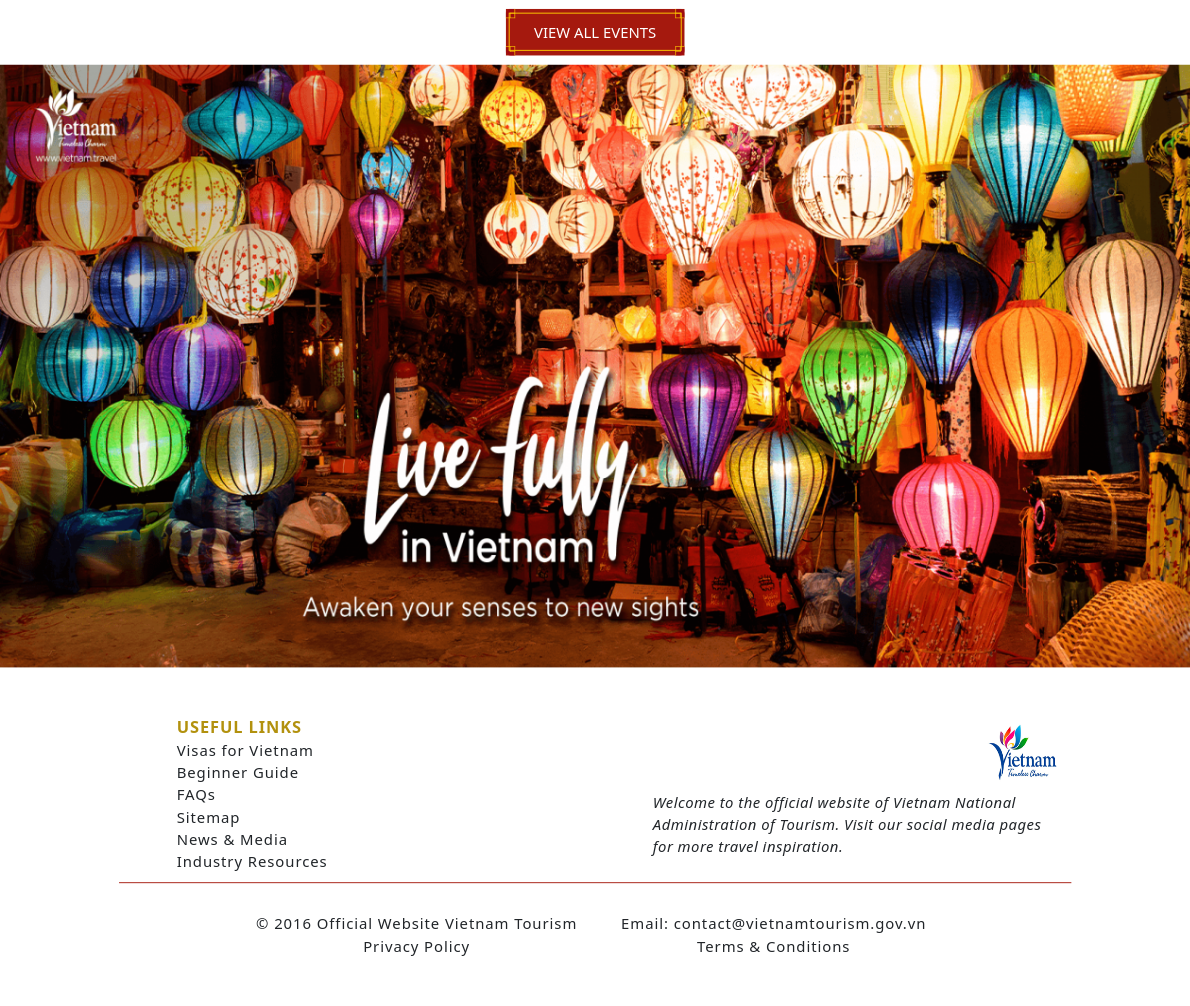
Repository: nguoilaisaochoi/TRAVEL-DEMO
Page: index.html
The author's editor kept a copy of each file at every save. The page is drawn from the files as they stood at one save, then again after the next save.
The browser window is 1280 px wide. The pictures show the part of the page from y = 2162 to 3244 px (the page is 3244 px tall before and 3172 px after), at 93% of full size.
A picture or video elsewhere on the page could not be fetched, so the positions and the page height are approximate.

Above is the page before, as saved 2023-03-27 18:38:46.

### index.html
<!DOCTYPE html>
<html lang="en">
  <head>
    <meta charset="UTF-8" />
    <meta http-equiv="X-UA-Compatible" content="IE=edge" />
    <meta name="viewport" content="width=device-width, initial-scale=1.0" />
    <link rel="stylesheet" href="./index.css" />
    <script src="./index.js"></script>
    <link
      href="https://cdn.jsdelivr.net/npm/bootstrap@5.0.2/dist/css/bootstrap.min.css"
      rel="stylesheet"
      integrity="sha384-EVSTQN3/azprG1Anm3QDgpJLIm9Nao0Yz1ztcQTwFspd3yD65VohhpuuCOmLASjC"
      crossorigin="anonymous"
    />
    <title>Document</title>
  </head>
  <body>
    <div id="header">
      <img id="logo" src="./img_vd/logo.jpg" alt="" />
      <a href="#" onclick="showmenu()"><img id="vmenu" src="./img_vd/navmenu.jpg" /></a>
      <div id="menu">
        <li id="menucon">Live fully in Vietnam</li>
        <li id="menucon">Places to go</li>
        <li id="menucon">Things to do</li>
        <li id="menucon">Plan your trip</li>
        <li id="menucon">Green travel</li>
        <li id="menucon">Travel offers</li>
        <li id="menucon" onclick="addlang()" style="cursor: pointer">EN</li>
        <li id="lang"><p style="margin-top: 10px">日本語</p></li>
      </div>
    </div>
    <div id="vid">
      <video width="100%" autoplay muted loop src="./img_vd/1.mp4"></video>
    </div>
    <div id="content">
      <div id="cn1">
        <p id="start">LIVE FULLY IN VIETNAM</p>
        <p>Spectacular nature. Exceptional cuisine. Cultural diversity. Excellent service.</p>
        <p>
          Vietnam has fully reopened for international tourism without Covid-19 restrictions (No
          vaccination certificate, No test requirements, No quarantine, No medical declaration) and
          restored visa policies and immigration procedures as before Covid-19.
        </p>
        <p>
          Now you are free to discover and enjoy various wild nature destinations like limestone
          mountains, green terraced rice fields, and white sandy beaches. Holidays are coming, let’s
          get away from it all.
        </p>
        <p>
          Take in new sights, sounds, and flavors. Enjoy experiences that are truly memorable. Let’s
          explore, relax, and play. Live fully in Vietnam.
        </p>
      </div>
      <div id="cn2" class="row">
        <div id="cn21" class="col-md-12 col-lg-6">
          <div id="big">
            <img src="./img_vd/cn21.jpg" alt="" />
            <div id="tt">
              <div id="tt1"><p>Culture</p></div>
              <div id="tt2">
                <p>A guide to the boat tours of Ninh Binh</p>
              </div>
            </div>
          </div>
        </div>
        <div id="cn22" class="col-6 col-md-6 col-lg-3">
          <div id="big">
            <img src="./img_vd/cn22small.jpg" alt="" />
            <div id="tt">
              <div id="tt1"><p>Culture</p></div>
              <div id="tt2">
                <p>Enjoy the great outdoors in Ho Chi Minh City</p>
              </div>
            </div>
          </div>
        </div>
        <div id="cn23" class="col-6 col-md-6 col-lg-3">
          <div id="big">
            <img src="./img_vd/cn23smal.jpg" alt="" />
            <div id="tt">
              <div id="tt1"><p>Luxury</p></div>
              <div id="tt2">
                <p>Comfort Meets Culture at Hanoi's Luxury Hotels</p>
              </div>
            </div>
          </div>
        </div>
        <div id="cn24" class="col-lg-6">
          <div id="big">
            <img src="./img_vd/cn24.jpg" alt="" />
            <div id="tt">
              <div id="tt1"><p>Nature</p></div>
              <div id="tt2">
                <p>Binh Thuan: A Waterfall Paradise</p>
              </div>
            </div>
          </div>
        </div>
        <div id="cn24" class="col-lg-6">
          <div id="big">
            <img src="./img_vd/cn25.jpg" alt="" />
            <div id="tt">
              <div id="tt1"><p>Adventure</p></div>
              <div id="tt2">
                <p>Vung Tau - A sightseeing wonderland</p>
              </div>
            </div>
          </div>
        </div>
      </div>
    </div>
    <div id="whaton">
      <p style="font-size: 220%; color: #b2910e; text-transform: uppercase; font-weight: bold">
        What on?
      </p>
      <p style="font-size: 140%; letter-spacing: 0.5px">Check out upcoming events in Vietnam</p>
      <div id="event">
        <div id="e1" class="ev">
          <img src="./img_vd/e1.jpg" />
          <div id="info">
            <p>11 Mar 2023 - 13 Mar 2023</p>
            <p id="info2">Ban Flower Festival</p>
          </div>
        </div>
        <div id="e2" class="ev">
          <img src="./img_vd/e2.jpeg" />
          <div id="info">
            <p>10 Mar 2023 - 14 Mar 2023</p>
            <p id="info2">Buon Ma Thuot Coffee Festival</p>
          </div>
        </div>
        <div id="e3" class="ev">
          <img src="./img_vd/e3.jpeg" />
          <div id="info">
            <p>06 Mar 2023 - 11 Mar 2023</p>
            <p id="info2">Huong Pagoda Festival</p>
          </div>
        </div>
        <div id="e4" class="ev">
          <img src="./img_vd/e4.jpeg" />
          <div id="info">
            <p>08 Mar 2023 - 10 Mar 2023</p>
            <p id="info2">Da Nang Quan The Am Festival</p>
          </div>
        </div>
      </div>
      <div id="allev">
        <div id="allev1">
          <p>view all events</p>
        </div>
      </div>
    </div>
    <img src="./img_vd/VNAT Cover 2.png" width="100%" height="90%" />
    <!--FOOTER-->
    <div id="footer">
      <div id="ctfooter" class="row">
        <div id="ctfooter1" class="col-lg-6">
          <li style="color: #b2910e; font-weight: bold; letter-spacing: 1px; font-size: 110%">
            USEFUL LINKS
          </li>
          <li>Visas for Vietnam</li>
          <li>Beginner Guide</li>
          <li>FAQs</li>
          <li>Sitemap</li>
          <li>News & Media</li>
          <li>Industry Resources</li>
        </div>
        <div id="ctfooter2" class="col-lg-6">
          <img src="./img_vd/logo-bw.png" />
          <p style="margin-top: 10px">
            Welcome to the official website of Vietnam National Administration of Tourism. Visit our
            social media pages for more travel inspiration.
          </p>
        </div>
      </div>
      <div id="about" class="row">
        <li class="col-lg-6">© 2016 Official Website Vietnam Tourism</li>
        <li class="col-lg-6">Email: contact@vietnamtourism.gov.vn</li>
        <li class="col-lg-6">Privacy Policy</li>
        <li class="col-lg-6">Terms & Conditions</li>
      </div>
    </div>
  </body>
</html>

### index.css
/*--------------MOBILE--------------------*/
@media screen and (min-width: 225px) {
  body {
    width: 100%;
    height: 100vh;
    margin: 0;
    font-family: Arial, Helvetica, sans-serif;
  }
  #header {
    position: relative;
    width: 100%;
    height: 50px;
    background-color: white;
    z-index: 2;
  }
  #footer {
    width: 100%;
    min-height: 364px;
    background-color: white;
    display: flex;
    justify-content: center;
    flex-direction: column;
  }
  #ctfooter {
    margin: auto;
    width: 100%;
    height: 90%;
    margin-top: 10px;
    border-bottom: 1px solid #a5190e;
  }
  #ctfooter1 {
    list-style: none;
    letter-spacing: 1px;
    display: flex;
    justify-content: center;
    align-items: center;
    flex-direction: column;
  }
  #ctfooter2 {
    letter-spacing: 0.5px;
    font-style: italic;
    display: flex;
    flex-direction: column;
    justify-content: center;
    align-items: center;
    text-align: center;
  }
  #ctfooter2 img {
    margin-top: 10px;
    width: 30%;
    height: 35%;
  }
  #about {
    margin: auto;
    width: 100%;
    height: 200px;
    list-style: none;
    margin-top: 10px;
  }
  #about li {
    text-align: center;
    letter-spacing: 1px;
    height: 20px;
  }
  #vid {
    width: 100%;
    min-height: 100px;
    overflow: hidden;
    z-index: 0;
  }
  #logo {
    position: relative;
    z-index: 1;
    max-width: 20%;
    margin-left: 5%;
  }
  #start {
    margin-top: 20px;
    font-size: 160%;
    font-weight: bold;
    color: #b2910e;
    letter-spacing: 1px;
  }
  #vmenu {
    float: right;
    width: 10%;
    margin: 2%;
  }
  #menu {
    z-index: 0;
    position: absolute;
    list-style: none;
    display: block;
    flex-direction: column;
    width: 100%;
    margin-top: -10px;
    height: 0px;
    background-color: white;
    overflow: hidden;
    animation: animate2 0.5s ease;
  }
  #menu.active {
    z-index: 0;
    position: absolute;
    list-style: none;
    display: block;
    flex-direction: column;
    width: 100%;
    background-color: white;
    overflow: hidden;
    height: auto;
    animation: animate 0.5s ease;
    border-bottom: 5px solid #a5190e;
  }
  @keyframes animate {
    0% {
      height: 0px;
    }
    100% {
      height: 285px;
    }
  }
  @keyframes animate2 {
    0% {
      height: 285px;
    }
    100% {
      height: 0px;
    }
  }
  #lang {
    display: flex;
    width: 100%;
    justify-content: center;
    background-color: rgb(255, 255, 227);
    height: 0px;
    overflow: hidden;
    transition: 0.2s ease;
    text-decoration: none;
    color: gray;
  }
  #lang.active {
    display: flex;
    width: 100%;
    justify-content: center;
    background-color: rgb(255, 255, 227);
    height: 40px;
    overflow: hidden;
  }
  #menucon {
    display: flex;
    align-items: center;
    justify-content: center;
    width: 100%;
    height: 40px;
    margin-left: 0px;
    margin-right: 0px;
    font-size: 14px;
    transition: 0.2s ease;
    font-weight: bold;
    color: gray;
    border-bottom: 1px solid gray;
  }
  #menucon:hover {
    background-color: #80808039;
    cursor: pointer;
    color: rgb(145, 0, 0);
  }
  #content {
    display: flex;
    width: 100%;
    min-height: 400px;
    background-color: aqua;
    margin: auto;
    flex-wrap: wrap;
    justify-content: center;
    background: url(./img_vd/background.jpg) no-repeat;
    background-size: cover;
  }
  #cn1 p {
    text-align: center;
    letter-spacing: 2px;
  }
  #cn1 {
    width: 100%;
  }
  #cn2 {
    width: 100%;
  }
  #cn21,
  #cn22,
  #cn23,
  #cn24,
  #cn25 {
    height: 200px;
    position: relative;
    overflow: hidden;
    display: flex;
  }
  #cn22 #big img,
  #cn23 #big img {
    width: 140%;
  }
  #big {
    width: 100%;
    height: 90%;
    background-color: aliceblue;
    margin: auto;
    position: relative;
    overflow: hidden;
    border-radius: 5px;
  }
  #big img {
    position: absolute;
    width: 100%;
    height: 314px;
    z-index: 0;
  }

  #cn22 #big img {
    position: absolute;
    bottom: -40px;
  }
  #cn23 #big img {
    position: absolute;
    bottom: 0;
  }
  #tt {
    position: absolute;
    width: 100%;
    z-index: 1;
    bottom: 0;
  }
  #tt1 {
    max-height: 30px;
    width: 100px;
    background: url(./img_vd/bg-red-pattern.png);
    background-size: cover;
    z-index: 1;
    display: flex;
    text-transform: uppercase;
  }
  #tt1 p {
    color: white;
    font-weight: bold;
    margin: auto;
  }
  #tt2 {
    background-color: rgba(0, 0, 0, 0.501);
    padding: 2%;
    color: white;
    font-weight: bold;
    text-transform: uppercase;
    display: flex;
  }
  #tt2 p {
    margin-bottom: 0px;
    font-size: 90%;
  }
  #whaton {
    width: 100%;
    min-height: 667px;
    background-color: white;
    text-align: center;
  }
  #event {
    width: 90%;
    min-height: 150px;
    background: url(./img_vd/bg-red-pattern.png);
    background-size: 100px;
    display: flex;
    flex-direction: column;
    margin: auto;
    padding: 10px;
  }
  #e1,
  #e2,
  #e3,
  #e4 {
    position: relative;
    z-index: 0;
  }
  #event div {
    width: 100%;
    height: 150px;
    overflow: hidden;
  }
  #event img {
    width: 100%;
  }
  #info {
    position: absolute;
    z-index: 1;
    top: 0;
    color: white;
    width: 100%;
    background: linear-gradient(rgba(0, 0, 0, 0.737), transparent 70%);
  }
  #info p {
    text-align: left;
    margin-left: 10px;
    margin-top: 10px;
    line-height: 22px;
  }
  #info2 {
    font-weight: bold;
    font-size: 120%;
    text-transform: uppercase;
  }
  #allev {
    cursor: pointer;
    display: flex;
    margin: auto;
    margin-top: 10px;
    margin-bottom: 10px;
    width: 90%;
    height: 50px;
    background-color: #a5190e;
    background-image: url(./img_vd/bg-red-tl.png), url(./img_vd/bg-red-tr.png),
      url(./img_vd/bg-red-br.png), url(./img_vd/bg-red-bl.png);
    background-repeat: no-repeat;
    background-position: 0 0, 100% 0, 100% 100%, 0 100%;
  }
  #allev1 {
    width: 98%;
    margin: auto;
    border: 1px solid #ffcc00;
    text-transform: uppercase;
  }
  #allev1 p {
    margin-top: 4%;
    line-height: 10px;
    color: white;
  }
}
/*--------------TABLET--------------------*/
@media screen and (min-width: 768px) {
  #footer {
    width: 100%;
    min-height: 364px;
    background-color: white;
    display: flex;
    justify-content: center;
    flex-direction: column;
  }
  #ctfooter {
    width: 100%;
    height: 90%;
    margin-top: 10px;
    border-bottom: 1px solid #a5190e;
  }
  #ctfooter1 {
    align-items: flex-start;
  }
  #ctfooter2 {
    align-items: flex-end;
    text-align: start;
  }
  #ctfooter1 li,
  #ctfooter2 p {
    margin-left: 50px;
  }
  #ctfooter2 img {
    width: 12%;
    height: 40%;
  }
  #start {
    font-size: 350%;
  }
  #cn1 {
    width: 90%;
  }
  #cn2 {
    width: 90%;
  }
  #cn21,
  #cn22,
  #cn23,
  #cn24,
  #cn25 {
    height: 310px;
    position: relative;
    overflow: hidden;
    display: flex;
  }

  #big img {
    display: flex;
    height: 314px;
    transition: 0.5s ease;
  }
  #tt2 p {
    font-size: 110%;
  }
  #whaton {
    min-height: 130px;
  }
  #event {
    width: 90%;
    flex-direction: row;
  }
  #event div {
    height: 280px;
  }
  #event img {
    width: auto;
    height: 344px;
    position: relative;
    right: 155px;
  }
  #e1,
  #e2,
  #e3,
  #e4 {
    margin: 0.5%;
    border-radius: 5px;
  }
  #allev {
    width: 25%;
  }
  #allev1 {
    width: 96%;
    height: 83%;
    display: flex;
  }
  #allev1 p {
    margin: auto;
  }
}
/*--------------DESKTOP--------------------*/
@media screen and (min-width: 992px) {
  #header {
    width: 100%;
    height: 90px;
  }
  #ctfooter {
    margin: auto;
    width: 80%;
  }
  #ctfooter2 img {
    width: 16%;
    height: 40%;
  }
  #ctfooter1,
  #ctfooter2 {
    margin-bottom: 10px;
  }
  #about {
    width: 60%;
    height: 50px;
    margin: auto;
    margin-top: -20px;
  }
  #about li {
    height: 20px;
  }
  #vmenu {
    display: none;
  }
  #logo {
    width: 10%;
  }
  #menu {
    display: inline-flex;
    height: 90px;
    margin: 0;
    width: 80%;
    margin-left: 20px;
    flex-direction: row;
    background-color: transparent;
    overflow: visible;
  }
  #menucon {
    height: 90px;
    width: 150px;
    font-size: 80%;
    border-bottom: none;
    text-align: center;
  }
  #lang {
    z-index: 1;
    position: relative;
    top: 90px;
    right: 12.4%;
    width: 150px;
    background-color: white;
  }
  #lang.active {
    z-index: 1;
    position: relative;
    top: 90px;
    right: 12.4%;
    width: 150px;
    background-color: white;
    border-bottom: 5px solid #a5190e;
  }
  #cn2 {
    width: 100%;
  }
  #cn1 {
    width: 90%;
  }
  #cn2 {
    width: 90%;
  }
  #cn21,
  #cn22,
  #cn23,
  #cn24,
  #cn25 {
    height: 310px;
    position: relative;
    overflow: hidden;
    display: flex;
  }
  #big {
    width: 100%;
    height: 90%;
    background-color: aliceblue;
    margin: auto;
    position: relative;
    overflow: hidden;
  }
  #big:hover > img {
    scale: 1.1;
  }
  #big img {
    height: 370px;
    transition: 0.5s ease;
  }
  #tt2 p {
    font-size: 110%;
  }
  #info2 {
    font-size: 150%;
  }
  .ev img {
    transition: 0.5s ease;
  }
  .ev:hover > img {
    scale: 1.1;
  }
  #allev {
    width: 15%;
  }
  #allev1 {
    width: 97%;
    height: 83%;
  }
}

### index.js
/*function showLoginForm() {
  var abc = document.getElementById("menu");
  if (abc.style.display === "flex") {
    abc.style.display = "none";
  } else {
    abc.style.display = "flex";
  }
}*/
function showmenu() {
  var abc = document.getElementById("menu");
  if (abc.classList.contains("active")) {
    abc.classList.remove("active");
  } else {
    abc.classList.add("active");
  }
}
function addlang() {
  var abc = document.getElementById("lang");
  if (abc.classList.contains("active")) {
    abc.classList.remove("active");
  } else {
    abc.classList.add("active");
  }
}

After the next save:
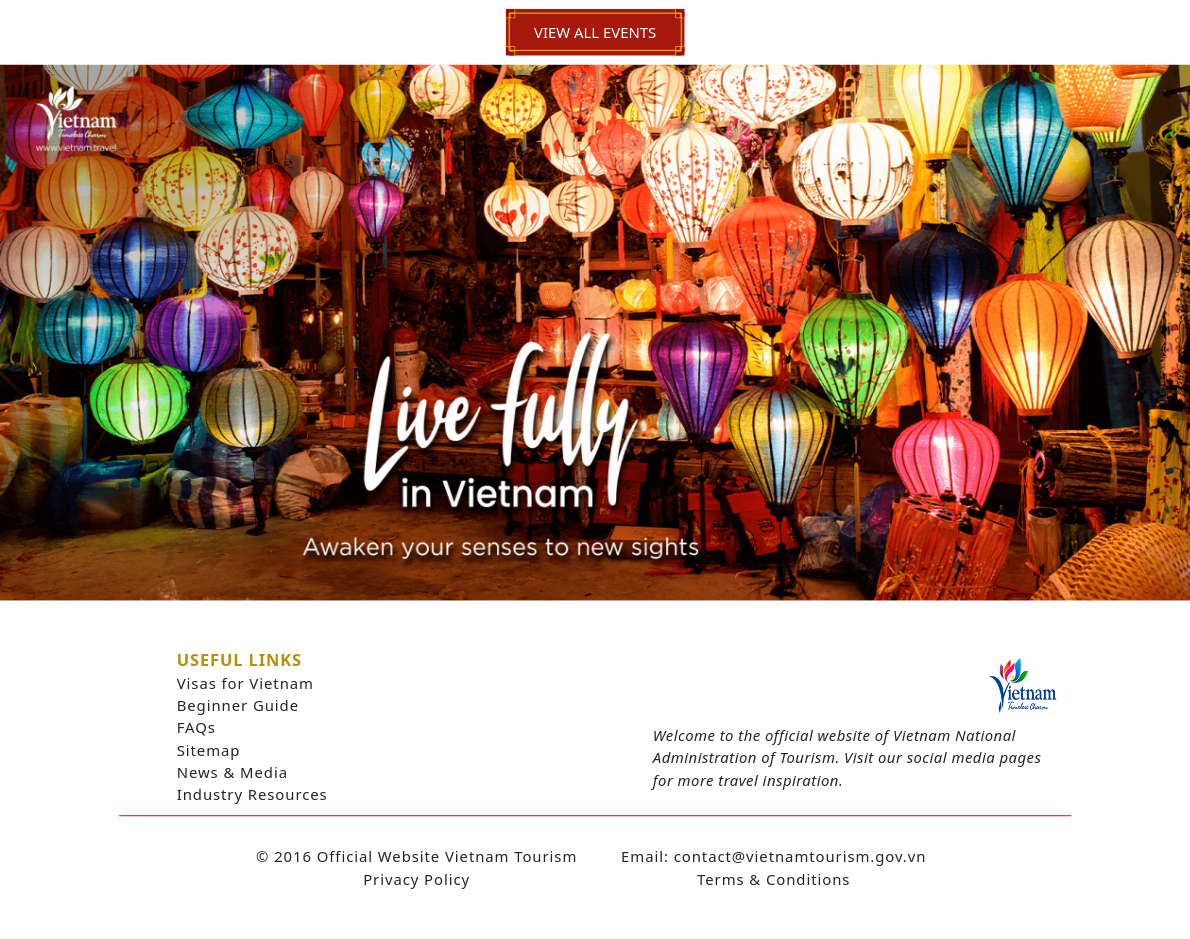
Saved 26 s later.
--- a/index.html
+++ b/index.html
@@ -150,7 +150,7 @@
         </div>
       </div>
     </div>
-    <img src="./img_vd/VNAT Cover 2.png" width="100%" height="90%" />
+    <img src="./img_vd/VNAT Cover 2.png" width="100%" height="80%" />
     <!--FOOTER-->
     <div id="footer">
       <div id="ctfooter" class="row">

After the save that followed:
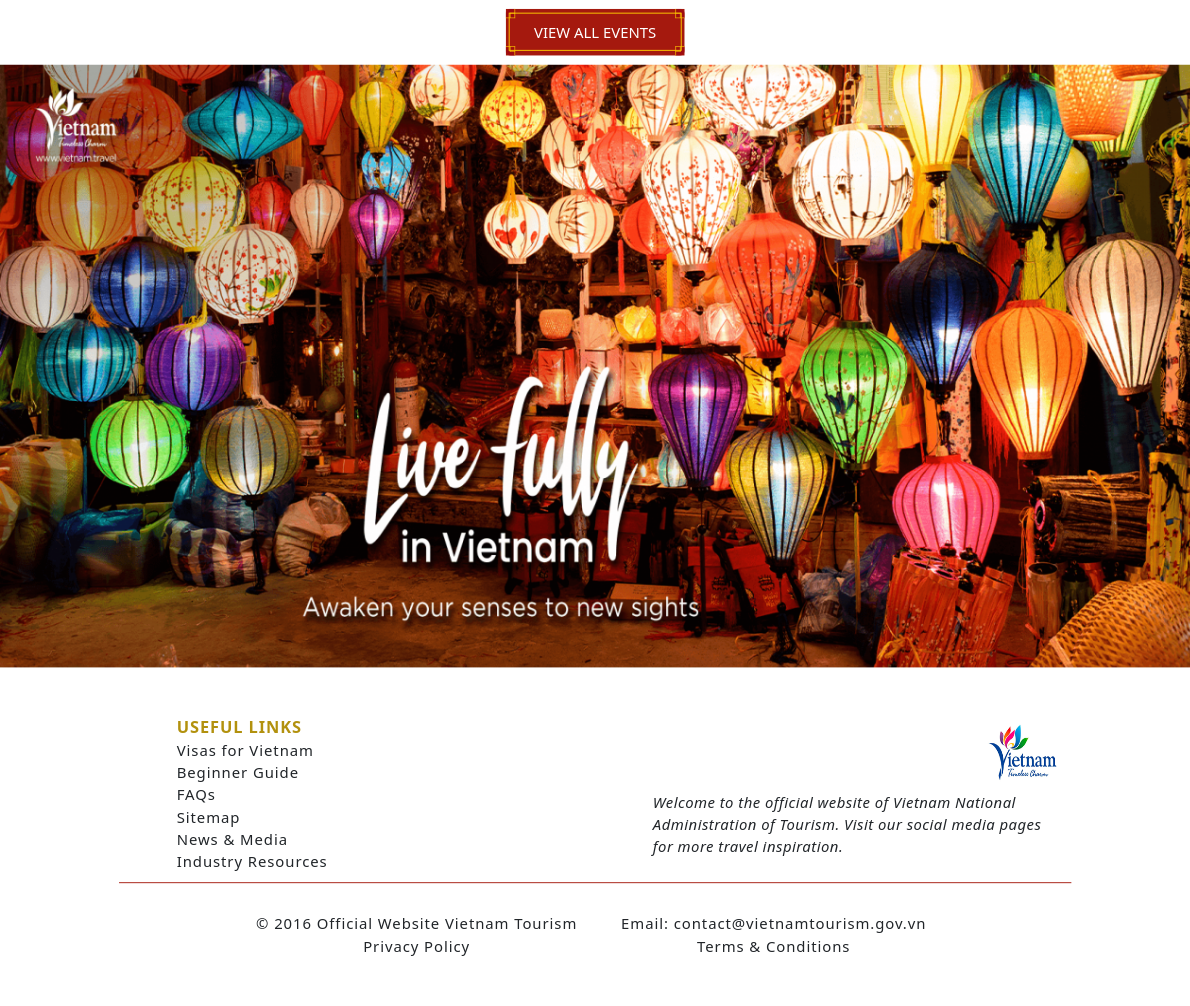
Saved 8 s later.
--- a/index.html
+++ b/index.html
@@ -150,7 +150,7 @@
         </div>
       </div>
     </div>
-    <img src="./img_vd/VNAT Cover 2.png" width="100%" height="80%" />
+    <img src="./img_vd/VNAT Cover 2.png" width="100%" height="90%" />
     <!--FOOTER-->
     <div id="footer">
       <div id="ctfooter" class="row">
